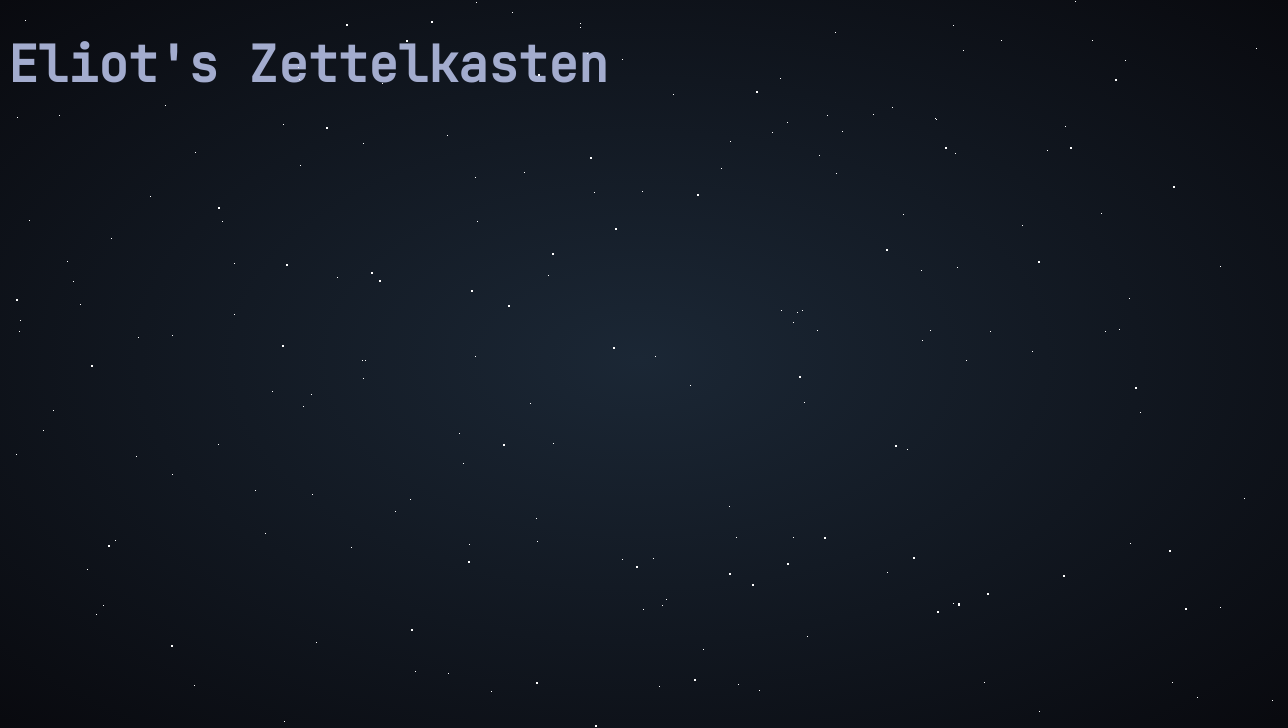
Repository: EliotKhachi/publicZk
Page: zettelkasten.html
An editor plug-in stored every save of this project. The page is shown before and after the next save, followed by the edit.
The browser window is 1280 px wide. The page is 1288 px wide, so the pictures cover 1288 px, including what lies to the right of the window. The pictures show the whole page.

Above is the page before, as saved 2023-10-01 17:31:45.

After the next save:
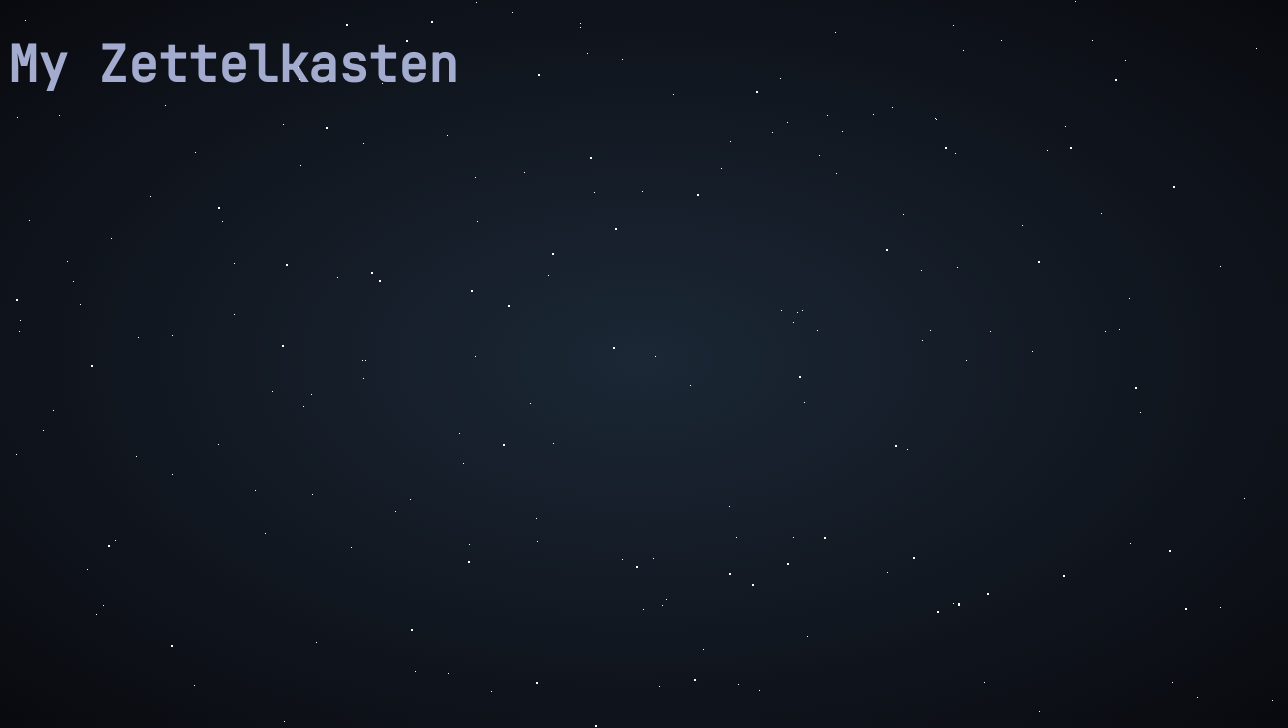
Saved 7 s later.
--- a/zettelkasten.html
+++ b/zettelkasten.html
@@ -18,7 +18,7 @@
       <div id="stars3"></div>
     </div>
     <div class="parent">
-      <h1 id="title">Eliot's Zettelkasten</h1>
+      <h1 id="title">My Zettelkasten</h1>
       <div class="container"></div>
     </div>
     <script src="js/script.js"></script>
